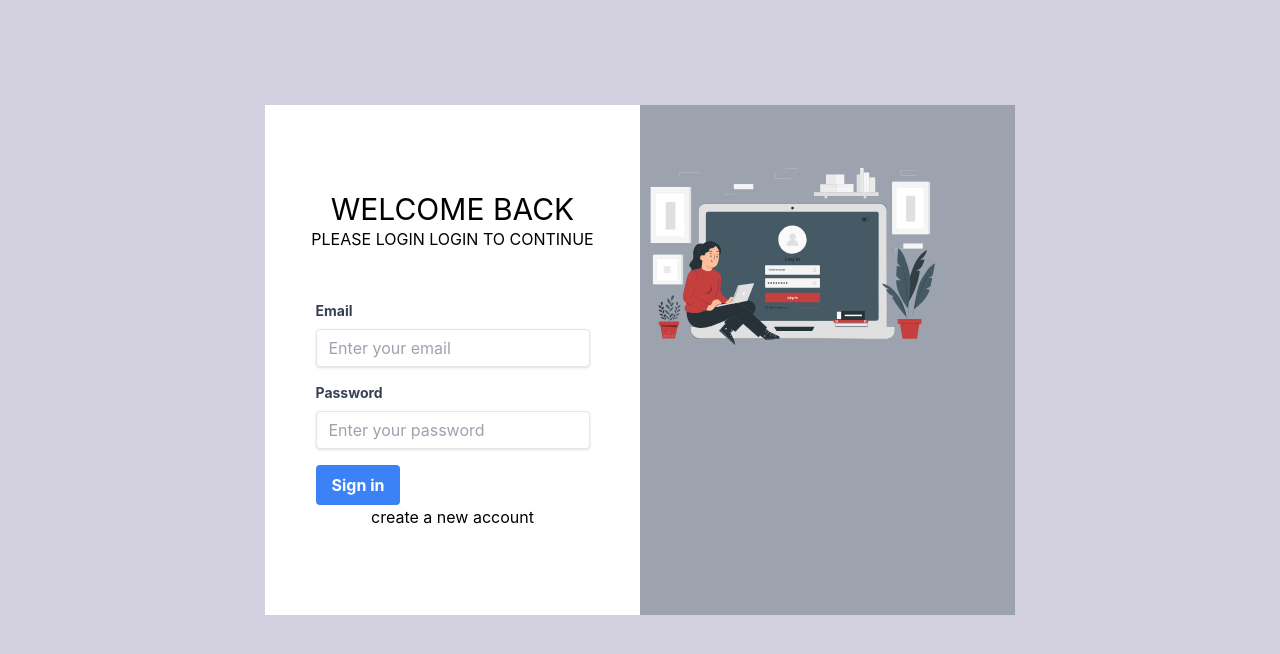
Repository: cosmicswati/upgrad-captions-project
Page: /account/signup, after clicking the first element matching `div.cursor-pointer`
An editor plug-in stored every save of this project. The page is shown before and after the next save, followed by the edit.
The browser window is 1280 px wide. The pictures show the whole page.
The project was rebuilt for these pictures with package versions that can differ from the ones it lists, and the page was loaded fresh each time.

Above is the page before, as saved 2024-04-09 11:54:34.

### src/App.js
import Auth from "./modules/Authorization";


function App() {
  return (
    <div>
       <Auth />
    </div>
  );
}

export default App;

### src/modules/Authorization/index.js
import React from 'react'
import Form from './Form'

const Auth = () => {
  return (
    <div>
      <Form/>
    </div>
  )
}

export default Auth

### src/modules/Authorization/Form.jsx
import { useState } from 'react';
import Input from '../../components/Input';
import Button from '../../components/Button';
import { ReactComponent as Loginsvg } from '../../assets/Loginsvg.svg';

const Form = ({ isSignInPage: propIsSignInPage = false }) => {
    const [isSignInPage, setIsSignInPage] = useState(propIsSignInPage);

    return (
        <div className='bg-[#d2cfdf] h-screen w-full flex justify-center items-center'>
            <div className='h-[510px] w-[750px] bg-white flex justify-center items-center'>
                <div className={`h-full w-full flex flex-col justify-center items-center ${!isSignInPage && 'order-2'}`}>
                    <div className='text-3xl'>WELCOME {isSignInPage && 'BACK'}</div>
                    <div className='mb-[50px]'>PLEASE {isSignInPage ? 'LOGIN' : 'REGISTER'} LOGIN TO CONTINUE</div>
                    <form>
                        {!isSignInPage && <Input label='Username' type='text' placeholder='Enter your username' />}
                        <Input label='Email' type='email' placeholder='Enter your email' />
                        <Input label='Password' type='password' placeholder='Enter your password' />
                        <Button label={isSignInPage ? 'Sign in' : 'Register'} />
                    </form>
                    <div className='cursor-pointer' onClick={() => setIsSignInPage(!isSignInPage)}>
                        {isSignInPage ? 'create a new account' : 'Sign in'}
                    </div>
                </div>
                <div className={`h-full w-full bg-gray-400 ${!isSignInPage && 'order-1'}`}>
                {isSignInPage && <Loginsvg width={'300px'} height={'300px'} />}
                </div>
            </div>

        </div>
    );
};

export default Form;

### src/components/Input/index.js
import React from 'react'

const Input = ({
    name = '',
    label ='',
    type ='',
    placeholder =''
}) => {
  return (
    <div class="mb-4">
        {
          label &&
          <label class="block text-gray-700 text-sm font-bold mb-2" for={name}>
             {label}
          </label>
        }

        <input class="shadow apperance-none border rounded w-full py-2 px-3
         text-gray-700 leading-tight focus:outline-none focus:shadow-outline"
         id={name} type={type} placeholder={placeholder} />

    </div>
  )
}

export default Input

### src/components/Button/index.js
import React from 'react'

const Button = ({
    label ='',
    className =''
}) => {
  return (
    <button className={`bg-blue-500 hover:bg-blue-700 text-white font-bold py-2 px-4 rounded ${className}`}>
      {label}
  </button>
  )
}

export default Button

### tailwind.config.js
/** @type {import('tailwindcss').Config} */
module.exports = {
 mode:'jit',
 purge: [
  './public/**/*.html',
  './src/**/*.{js,jsx,ts,tsx,vue}',
 ],
  content: [
    "./src/**/*.{js,jsx,ts,tsx}",
  ],
  theme: {
    extend: {},
  },
  plugins: [],
}

Loaded but not shown: public/index.html (common file); src/index.js (common file); src/index.css (common file); src/reportWebVitals.js (common file)

After the next save:
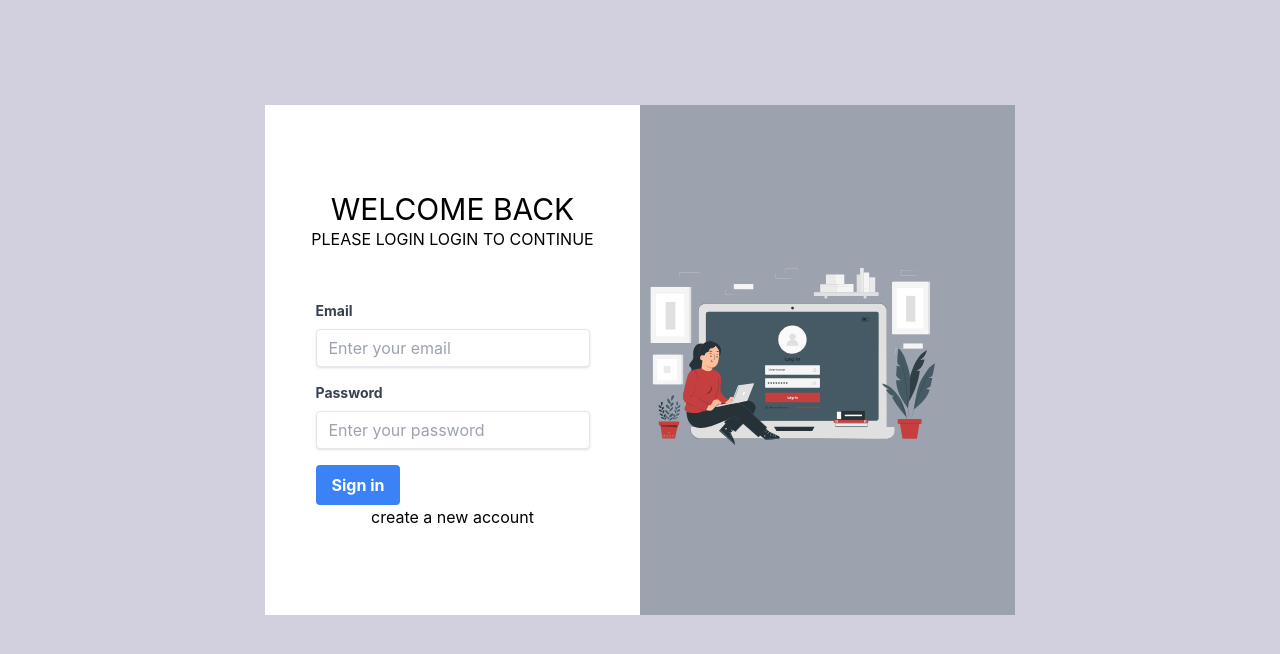
Saved 37 s later.
--- a/src/modules/Authorization/Form.jsx
+++ b/src/modules/Authorization/Form.jsx
@@ -23,7 +23,7 @@ const Form = ({ isSignInPage: propIsSignInPage = false }) => {
                     </div>
                 </div>
                 <div className={`h-full w-full bg-gray-400 ${!isSignInPage && 'order-1'}`}>
-                {isSignInPage && <Loginsvg width={'300px'} height={'300px'} />}
+                {isSignInPage && <Loginsvg width={'300px'} height={'500px'} />}
                 </div>
             </div>
 
